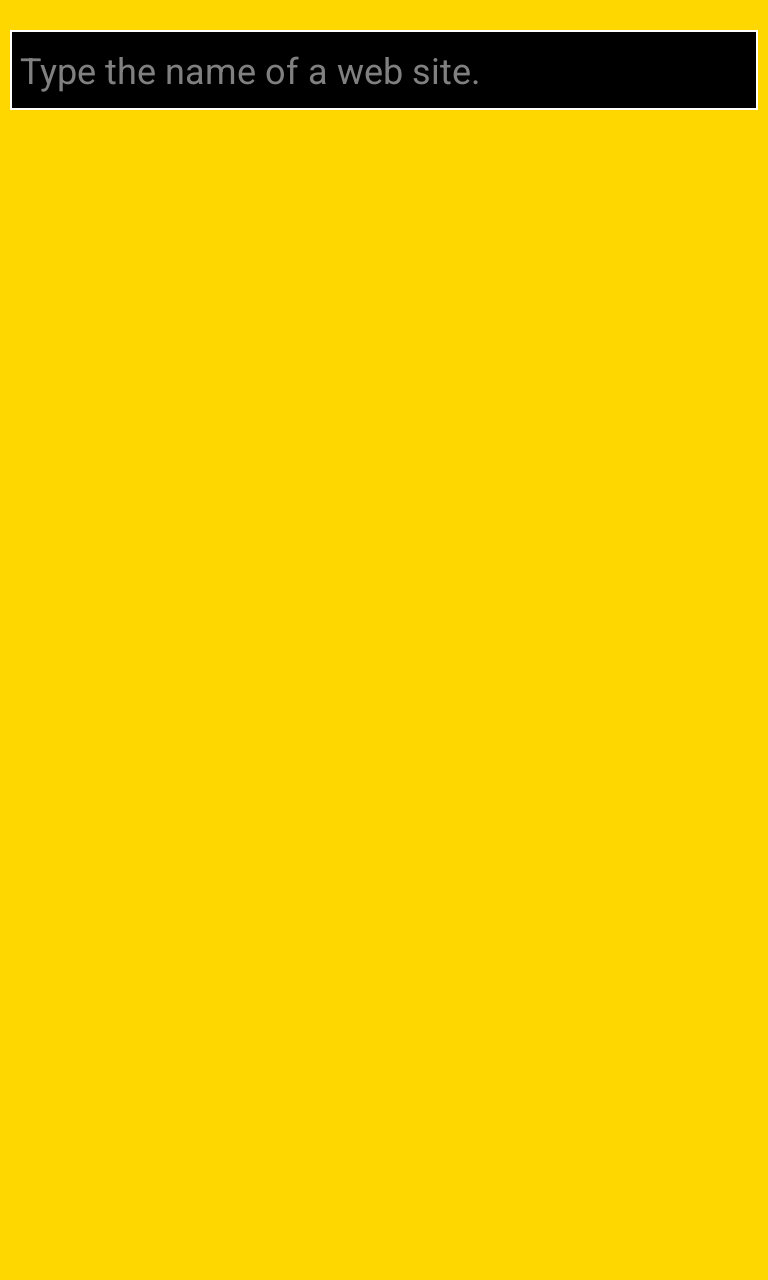
Repository: kenshiryu7/mdv-projects
Layout: MDF3/project_4/Project4/res/layout/main_lay.xml
These files come from the project's save history. The layout is drawn as it stood at one moment and after the next save; the edit follows.
It is drawn on a 768 x 1280 px phone screen (xhdpi) without system bars, with theme AppTheme; the app's code is not run.

Above is the layout before, as saved 2013-02-27 06:06:10.

### MDF3/project_4/Project4/res/layout/main_lay.xml
<LinearLayout xmlns:android="http://schemas.android.com/apk/res/android"
    xmlns:tools="http://schemas.android.com/tools"
    android:layout_width="match_parent"
    android:layout_height="match_parent"
    android:background="#FFD700"
    android:orientation="vertical" >

    <EditText
        android:id="@+id/message"
        android:layout_width="fill_parent"
        android:layout_height="40dp"
        android:layout_marginLeft="5dp"
        android:layout_marginRight="5dp"
        android:layout_marginTop="15dp"
        android:background="@drawable/border"
        android:hint="@string/hint"
        android:padding="5dp" >

    </EditText>
</LinearLayout>

### MDF3/project_4/Project4/res/drawable-hdpi/border.xml
<?xml version="1.0" encoding="utf-8"?>
<shape
     xmlns:android="http://schemas.android.com/apk/res/android"
    android:shape="rectangle">
    <solid android:color="#000000"/>
    <stroke android:width="1dp" android:color="#FFFFFF"/>

</shape>

### MDF3/project_4/Project4/res/values/strings.xml
<?xml version="1.0" encoding="utf-8"?>
<resources>

    <string name="app_name">Project4</string>
    <string name="action_settings">Settings</string>
    <string name="hello_world">Hello world!</string>

    <string name="hint">Type the name of a web site.</string>

</resources>

Loaded but not shown: MDF3/project_4/Project4/res/values/styles.xml (common file); MDF3/project_4/Project4/res/values-v11/styles.xml (common file); MDF3/project_4/Project4/res/values-v14/styles.xml (common file)

After the next save:
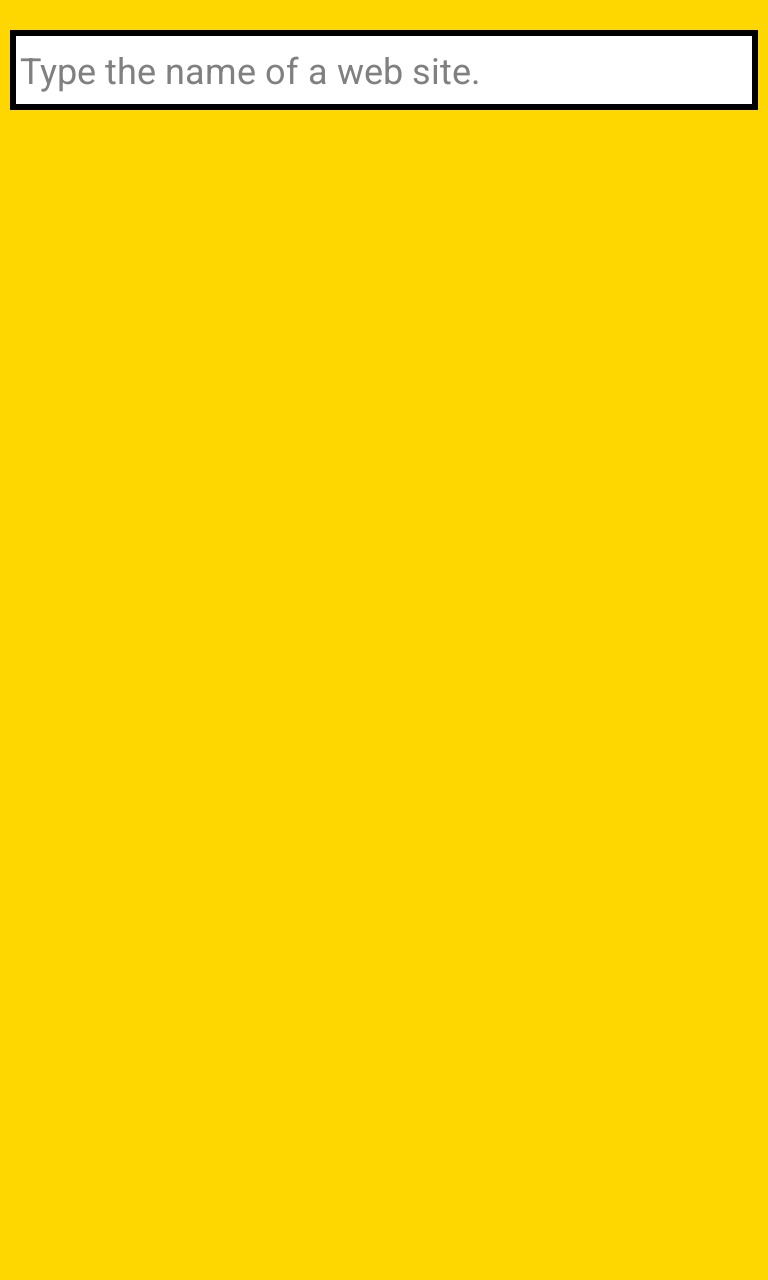
Saved 33 s later.
--- a/MDF3/project_4/Project4/res/drawable-hdpi/border.xml
+++ b/MDF3/project_4/Project4/res/drawable-hdpi/border.xml
@@ -2,7 +2,7 @@
 <shape
      xmlns:android="http://schemas.android.com/apk/res/android"
     android:shape="rectangle">
-    <solid android:color="#000000"/>
-    <stroke android:width="1dp" android:color="#FFFFFF"/>
+    <solid android:color="#FFFFFF"/>
+    <stroke android:width="3dp" android:color="#000000"/>
 
 </shape>
